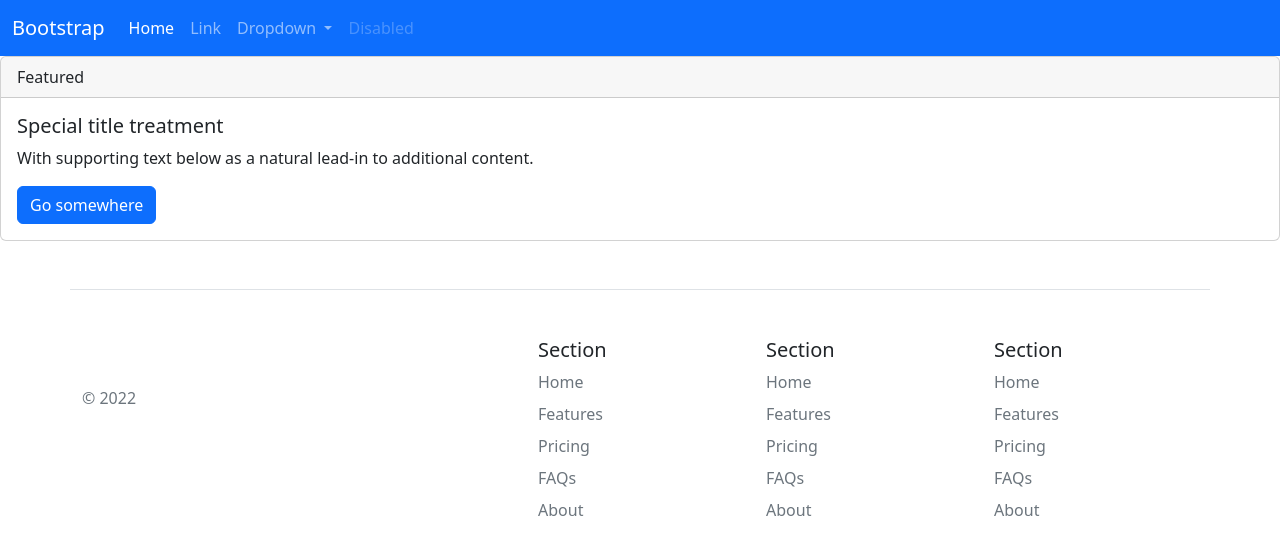
Repository: leosulzbach/Aula
Page: Bootstrap/bootstrap.html
An editor plug-in stored every save of this project. The page is shown before and after the next save, followed by the edit.
The browser window is 1280 px wide. The pictures show the whole page.

Above is the page before, as saved 2022-05-26 14:13:57.

After the next save:
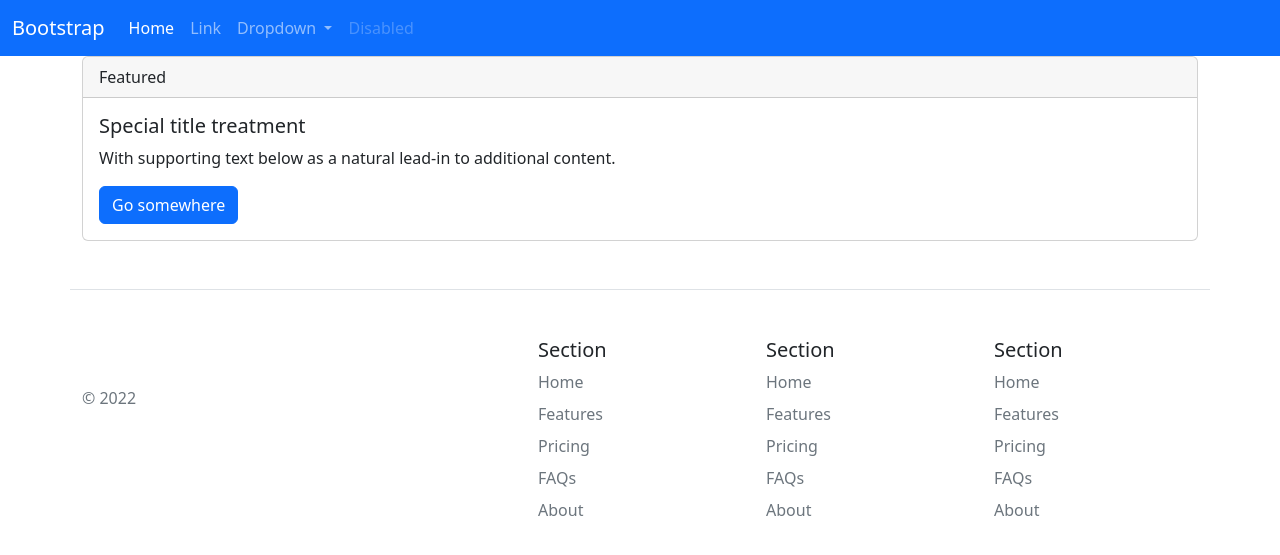
Saved 26 s later.
--- a/Bootstrap/bootstrap.html
+++ b/Bootstrap/bootstrap.html
@@ -46,7 +46,7 @@
         </div>
       </nav>
 
-      <main class="containter">
+      <main class="container">
         <div class="card">
             <div class="card-header">
               Featured
